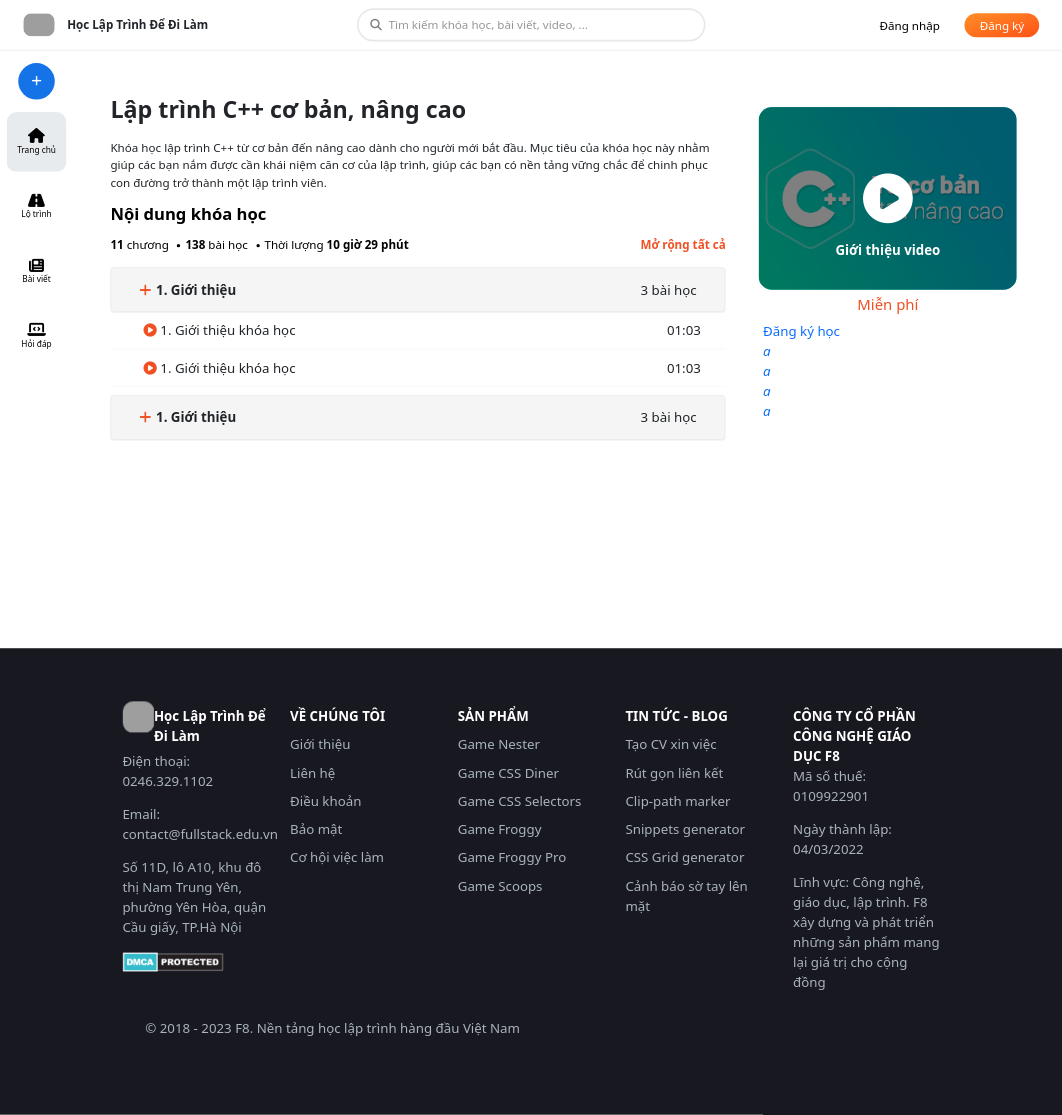
Repository: Quoc-Thang/projectasm
Page: introcourse.html
The author's editor kept a copy of each file at every save. The page is drawn from the files as they stood at one save, then again after the next save.
The browser window is 1280 px wide. The pictures show the whole page, at 83% of full size.
Pictures or frames that could not be fetched are drawn as grey boxes. Some web libraries are served in a nearby version.

Above is the page before, as saved 2023-11-30 23:08:18.

After the next save:
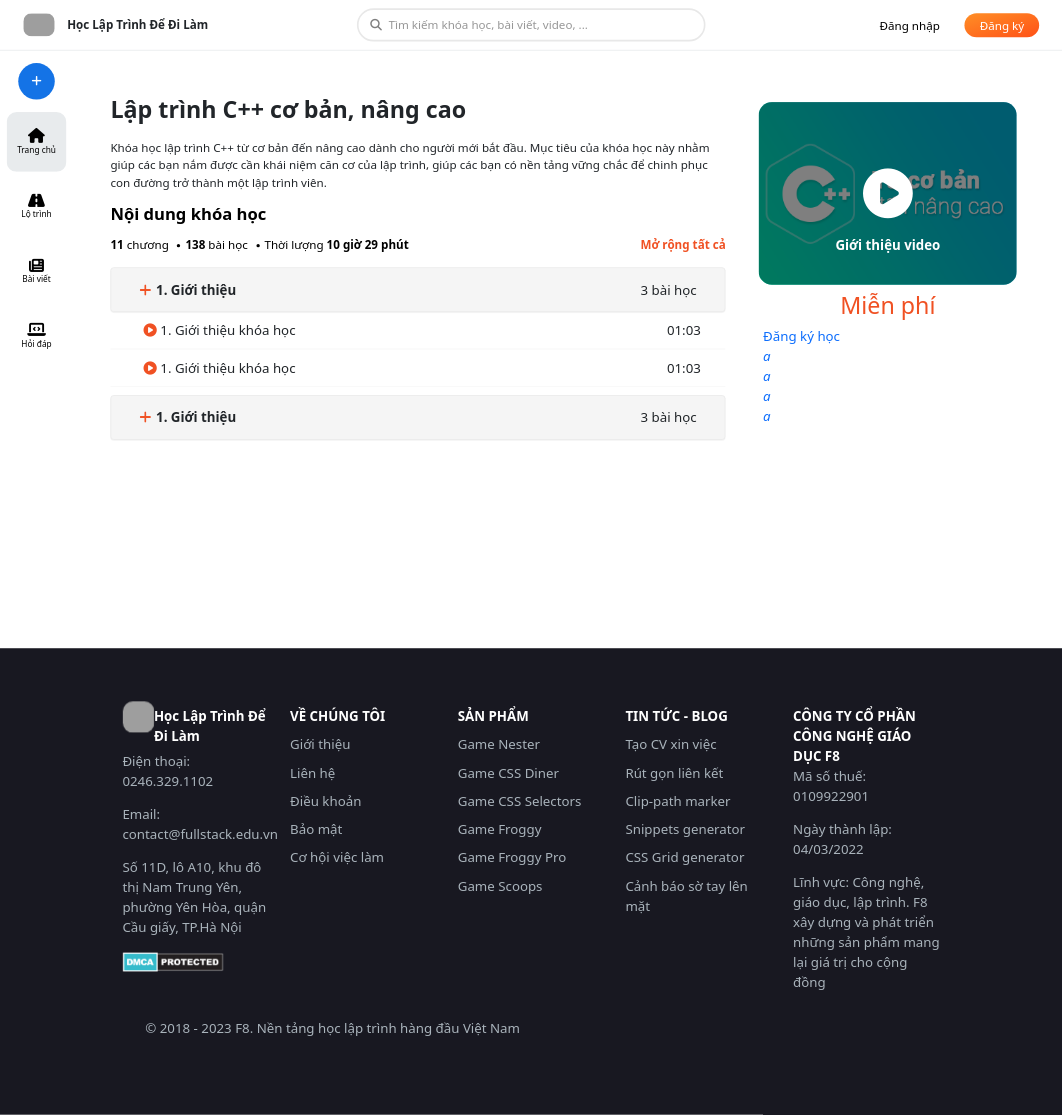
Saved 8 s later.
--- a/view/assets/css/introcourse.css
+++ b/view/assets/css/introcourse.css
@@ -200,7 +200,7 @@
 .pee-course h2 {
   text-align: center;
   margin: 8px 0;
-  font-size: 18px;
+  font-size: 28px;
   color: var(--primary-color);
 }
 
